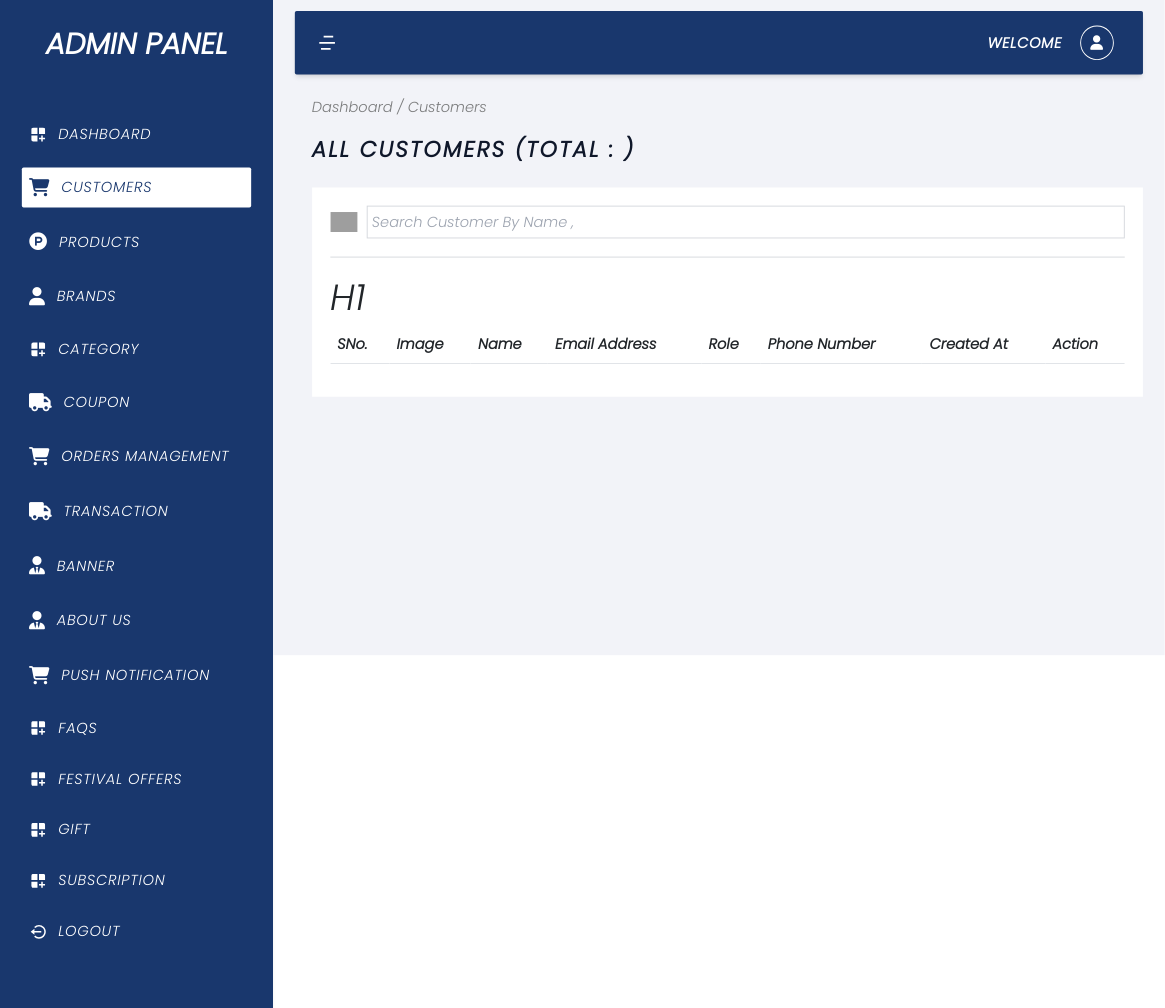
Repository: FlyweisReact/AnilAdminPanel
Page: /Customer
An editor plug-in stored every save of this project. The page is shown before and after a run of saves, followed by the edit.
The browser window is 1280 px wide. The pictures show the whole page, at 91% of full size.
Pictures or frames that could not be fetched are drawn as grey boxes. The page's requests for data from a server got no answer. Some web libraries are served in a nearby version. The project was rebuilt for these pictures with package versions that can differ from the ones it lists, and the page was loaded fresh each time. No one was signed in, and anything a server would have sent is missing. Also part of the build but not shown: src/E-CommerceAdmin/forms/Login.jsx, src/E-CommerceAdmin/pages/ECategory.js, src/E-CommerceAdmin/pages/EProduct.js, src/E-CommerceAdmin/pages/EAdminOrders.js, src/E-CommerceAdmin/pages/EAdminDelivery.js, src/E-CommerceAdmin/pages/EAdmin.js, src/E-CommerceAdmin/pages/ESubCategory.js, src/E-CommerceAdmin/pages/PushNotification.js and 6 more.

Above is the page before, as saved 2023-05-04 14:51:34.

After the next 2 saves:
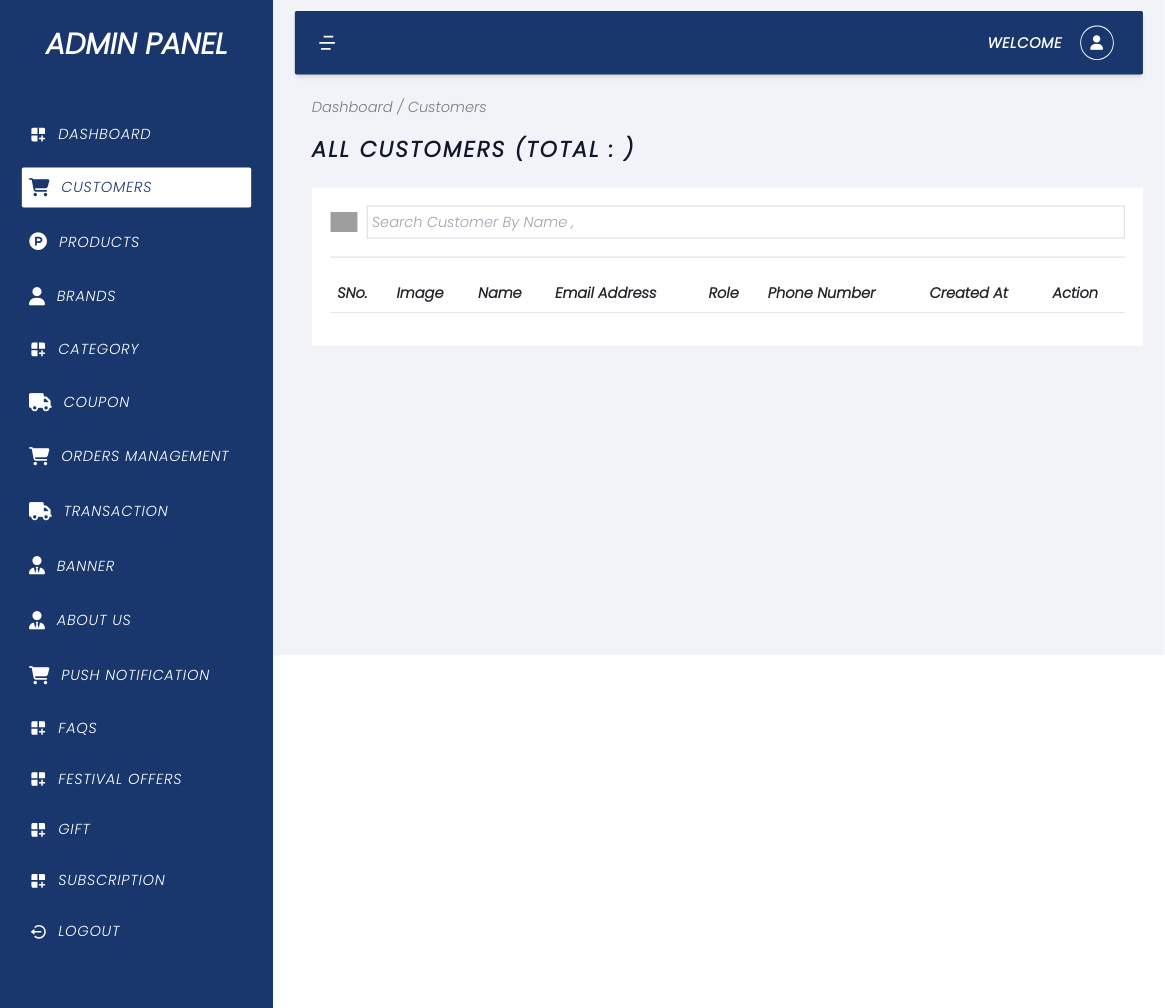
The 2 saves are shown as one change because they came seconds apart.
The last was saved 102 s later.
--- a/src/E-CommerceAdmin/pages/EAdminCustomer.js
+++ b/src/E-CommerceAdmin/pages/EAdminCustomer.js
@@ -5,7 +5,6 @@ import React, { useEffect, useState } from "react";
 import { Table } from "react-bootstrap";
 import { toast } from "react-toastify";
 import HOC from "../layout/HOC";
-import { Pagination } from "./Pagination";
 
 const EAdminCustomer = () => {
   const [ data , setData ] = useState([])
@@ -73,7 +72,6 @@ const EAdminCustomer = () => {
         </div>
 
         <div className="overFlowCont">
-        <Pagination data={data.data} />
           <Table >
             <thead>
               <tr>
